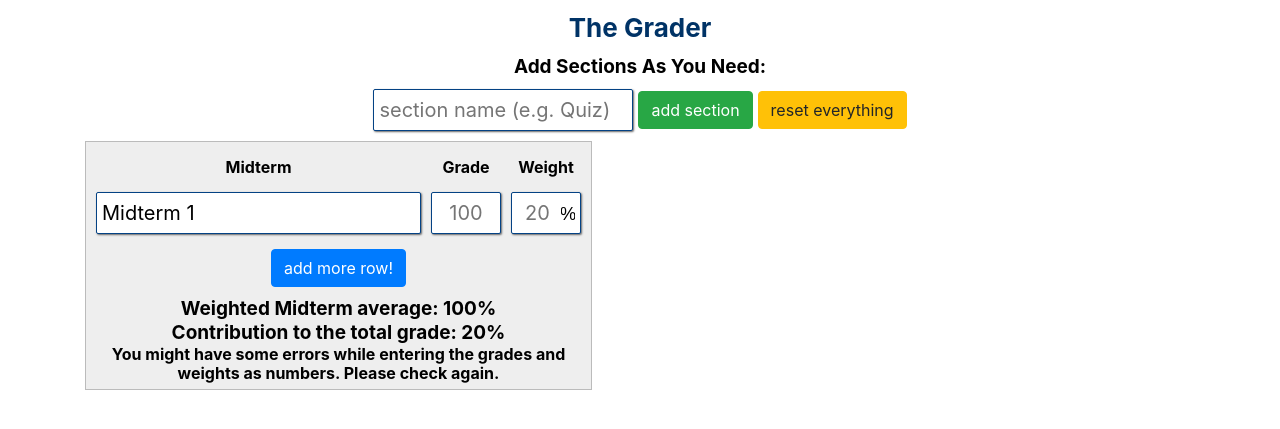
Repository: BarishNamazov/BarishNamazov.github.io
Page: thegrader/index.html
The author's editor kept a copy of each file at every save. The page is drawn from the files as they stood at one save, then again after the next save.
The browser window is 1280 px wide. The pictures show the whole page.

Above is the page before, as saved 2020-10-31 19:00:32.

### thegrader/index.html
<!doctype html>
<html lang="en">
  <head>
    <meta charset="utf-8">
    <meta name="viewport" content="width=device-width, initial-scale=1, shrink-to-fit=no">

    <!-- Bootstrap CSS -->
    <link rel="stylesheet" href="https://cdn.jsdelivr.net/npm/bootstrap@4.5.3/dist/css/bootstrap.min.css" integrity="sha384-TX8t27EcRE3e/ihU7zmQxVncDAy5uIKz4rEkgIXeMed4M0jlfIDPvg6uqKI2xXr2" crossorigin="anonymous">

    <!-- Custon CSS -->
    <link rel="stylesheet" href="app.css">

    <title>The Grader</title>
  </head>
  <body>
    <div class="container">
      <div class="row">
        <div class="col-lg-12">
          <h1>The Grader</h1>

          <h3>Add Sections As You Need:</h3>

          <div class="divSectionAdder">
            <input type="text" class="sectionName" placeholder="section name (e.g. Quiz)"><button valign="center" class="btn btn-success sectionAdder" id="sectionAdder">add section</button><button style="margin-left: 5px" valign="center" class="btn btn-warning resetter">reset everything</button>
          </div>

          <table class="gradePanel">
            <tbody>
              <tr>
                <td>
                  <table>
                    <tbody>
                      <tr class="rowHeader">
                        <td class="tableHeader tableName"><strong>Midterm</strong></td>
                        <td class="tableHeader"><strong>Grade</strong></td>
                        <td class="tableHeader"><strong>Weight</strong></td>
                      </tr>
                      <tr>
                        <td><input type="text" class="gradeName" value="Midterm 1"></td>
                        <td><input type="text" class="gradeValue" placeholder="100"></td>
                        <td><input type="text" class="gradeWeight percentIcon" placeholder="20"></td>
                      </tr>
                    </tbody>
                  </table>

                  <div class="moreRows"></div>

                  <button class="btn btn-primary rowAdder" id="section1RowAdder">add more row!</button>

                  <div class="gradeBar">
                    <h3>
                      Weighted <span class="nameOfSection">Midterm</span> average: <span class="sectionAverage">100</span>%
                      <br>
                      Contribution to the total grade: <span class="sectionContribution">20</span>%
                      <div class="failSafe" display="none">
                        You might have some errors while entering the grades and weights as numbers. Please check again.
                      </div>
                    </h3>

                  </div>
                </td>
              </tr>
            </tbody>
          </table>
          <div class="moreSections"></div>
        </div>
      </div>
    </div>



    <script src="https://code.jquery.com/jquery-3.5.1.slim.min.js" integrity="sha384-DfXdz2htPH0lsSSs5nCTpuj/zy4C+OGpamoFVy38MVBnE+IbbVYUew+OrCXaRkfj" crossorigin="anonymous"></script>
    <script src="https://cdn.jsdelivr.net/npm/bootstrap@4.5.3/dist/js/bootstrap.bundle.min.js" integrity="sha384-ho+j7jyWK8fNQe+A12Hb8AhRq26LrZ/JpcUGGOn+Y7RsweNrtN/tE3MoK7ZeZDyx" crossorigin="anonymous"></script>
    <script src="https://code.jquery.com/jquery-3.5.1.min.js" integrity="sha256-9/aliU8dGd2tb6OSsuzixeV4y/faTqgFtohetphbbj0=" crossorigin="anonymous"></script>
    <script src="scripts.js"></script>
  </body>
</html>

### thegrader/app.css
body,p,td,div,input,th,li,textarea{font-size:16px;color:#000;}

body{background:#fff;margin:0px;padding:0px;border:0;text-align: center;}

h1 {
  text-align: center;
  color: blue;
}
.divSectionAdder{
  margin: 10px auto;
  display: flex;
  align-items: center;
  justify-content: center;
}
.sectionName{
  margin-right: 5px;
  width: 260px;
}
.gradePanel{
	background:#eee;
	border: solid 1px #bbbbbb;
  padding: 10px;
  margin-bottom: 10px;
  width: 40%;
}
.failSafe{
  color: color;

}
td{
  padding: 5px;
}

h1{color:#003366;font-size:26px;font-weight:bold;padding:0;margin:12px 0;}
#resulth1{background-color:#ffefe7;padding:0px 5px 0px 5px;border-top:#930 1px dotted;}
h2{font-size:22px;font-weight:bold;color:#003366;padding:0; margin-bottom: 2px;}
h3{font-size:19px;font-weight:bold;}
hr{border:0;color:#aaa;background-color:#aaa;height:1px;}
a{color:#069;text-decoration:underline;}
a:hover{text-decoration:none;}
input{padding: 5px;color:#000;}
select{padding: 4px;color:#000;}
option{font-size:16px;}
input[type=text],
input[type=number],
select {
	border: 1px solid #044284;
	border-radius: 2px;
	box-shadow: 1px 1px 2px #666;
	font-size:20px;
}

.tableHeader{
  text-align: center;
}
.rowHeader{
  height: 40px;
}
.gradeWeight, .gradeValue{
  text-align:center;
  width: 70px;
}
.percentIcon{
	background: white url('media/percent.svg') right 5px center no-repeat;
  padding-right: 22px;
}
.rowAdder{
  margin: 10px auto;
}
h3{
  display: inline;
}

### thegrader/scripts.js
var newRow = "<table><tbody><tr><td><input type=\"text\" class=\"gradeName\" value=\"Midterm X\" autocomplete=\"off\"></td><td><input type=\"text\" class=\"gradeValue\"></td><td><input type=\"text\" class=\"gradeWeight percentIcon\"></td></tr></tbody></table>\n ";

var newSection = "<table class=\"gradePanel\"> <tbody> <tr> <td> <table> <tbody> <tr class=\"rowHeader\"> <td class=\"tableHeader tableName\"><strong>Midterm</strong></td> <td class=\"tableHeader\"><strong>Grade</strong></td> <td class=\"tableHeader\"><strong>Weight</strong></td> </tr> <tr> <td><input type=\"text\" class=\"gradeName\" value=\"Midterm 1\" autocomplete=\"off\"></td> <td><input type=\"text\" class=\"gradeValue\" placeholder=\"100\"></td> <td><input type=\"text\" class=\"gradeWeight percentIcon\" placeholder=\"20\"></td> </tr> </tbody> </table> <div class=\"moreRows\"></div> <button class=\"btn btn-primary rowAdder\">add more row!</button> </td> </tr> </tbody> </table>";

// $("input").attr("autocomplete", "off");
// $("input:not(:.gradeName").val(null);

// var lol = 0;
// while(lol++ < 1) {
//   location.reload(true);
// }
$(".resetter").on("click", function(){
  location.reload(true);
});

if (!String.prototype.splice) {
  String.prototype.splice = function(start, delCount, newSubStr) {
      return this.slice(0, start) + newSubStr + this.slice(start + Math.abs(delCount));
  };
}

var sectionCount = 1;

function rowAdder(){
  var idx = $(this).parents(".gradePanel").find("table").length + 1;
  var namePanel = $(this).parents(".gradePanel").find(".tableName").text();
  var editedRow = newRow.replace("Midterm X", namePanel + " " + idx);
  $(this).parents(".gradePanel").find(".moreRows").before(editedRow);
  $(".gradeValue").change(updateSectionGrade);
  $(".gradeWeight").change(updateSectionGrade);
}
$(".rowAdder").on("click", rowAdder);

function sectionAdder(dir){
  var x = (typeof dir == "string") ? $(dir) : $(this);
  var sectionInputName = $(".sectionName").val();
  if (!sectionInputName) return;
  var editedSection = newSection.replaceAll("Midterm", sectionInputName);
  $(".moreSections").before(editedSection);
  $(".rowAdder").eq(sectionCount++).on("click", rowAdder);
  $(".sectionName").val(null);
}


$(".sectionAdder").on("click", sectionAdder);
$(".sectionName").on("keypress", function(e) {
  if (e.which == 13) {
    sectionAdder(".sectionName");
  }
})

function updateSectionGrade() {
  var section = $(this).parents(".gradePanel");
  var grades = section.find(".gradeValue"), weights = section.find(".gradeWeight");
  var contribution = 0.0;
  for (var i = 0; i < grades.length; i++) {
    // console.log(grades[i]);
    console.log(weights[i]);
    if (Number(grades[i].value) && Number(weights[i].value)) {
      contribution += Number(grades[i].value) * Number(weights[i].value) / 100.0;
    } else {

    }
  }
  section.find(".sectionContribution").text(contribution);
}
$(".gradeValue").change(updateSectionGrade);
$(".gradeWeight").change(updateSectionGrade);

After the next save:
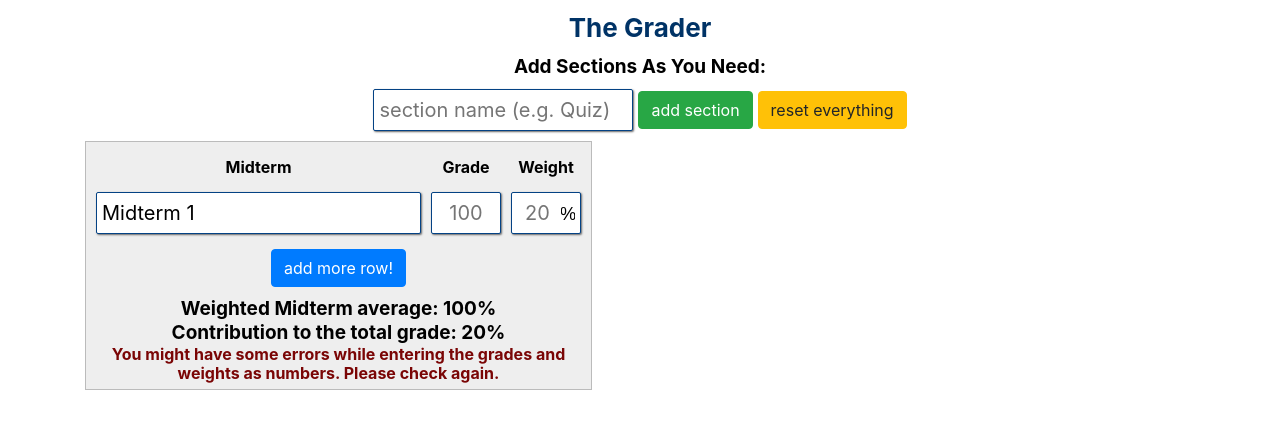
Saved 30 s later.
--- a/thegrader/app.css
+++ b/thegrader/app.css
@@ -24,7 +24,7 @@ h1 {
   width: 40%;
 }
 .failSafe{
-  color: color;
+  color: rgb(122, 5, 5);
 
 }
 td{
